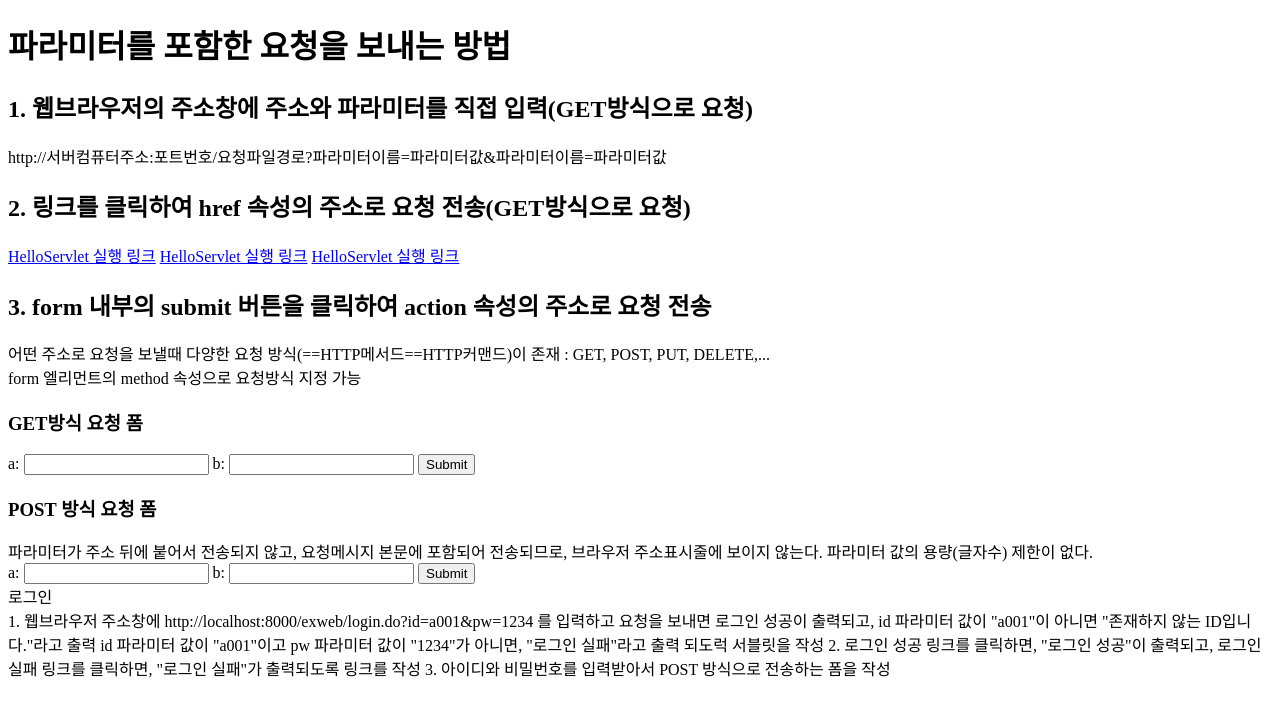
Repository: gywjd848/jeongblog
Page: workspace/exweb/WebContent/param.html
An editor plug-in stored every save of this project. The page is shown before and after the next save, followed by the edit.
The browser window is 1280 px wide. The pictures show the whole page.

Above is the page before, as saved 2020-05-15 05:34:41.

After the next save:
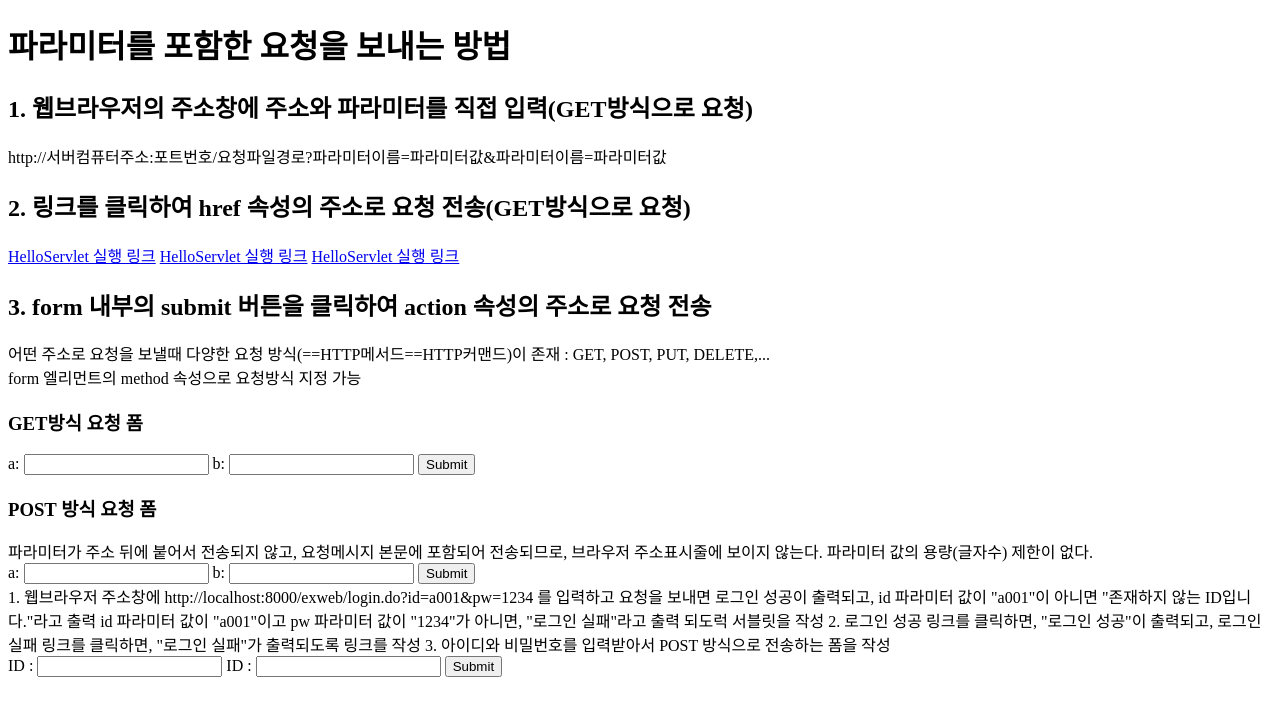
Saved 7 min 2 s later.
--- a/workspace/exweb/WebContent/param.html
+++ b/workspace/exweb/WebContent/param.html
@@ -34,9 +34,6 @@
 		<input type="submit" />
 	</form>
 	<div>
-	<a herf="http://localhost:8000/exweb/login.do">로그인</a>
-	</div>
-	<div>
 		1. 웹브라우저 주소창에
 		http://localhost:8000/exweb/login.do?id=a001&pw=1234
 		를 입력하고 요청을 보내면 로그인 성공이 출력되고,
@@ -49,5 +46,11 @@
 		3.
 		아이디와 비밀번호를 입력받아서 POST 방식으로 전송하는 폼을 작성
 	</div>
+	<form action="http://localhost:8000/exweb/login.do" method="post">
+		ID : <input type="text" name="id" />
+		ID : <input type="text" name="pw" />
+		<input type="submit" />
+
+	</form>
 	</body>
 </html>
